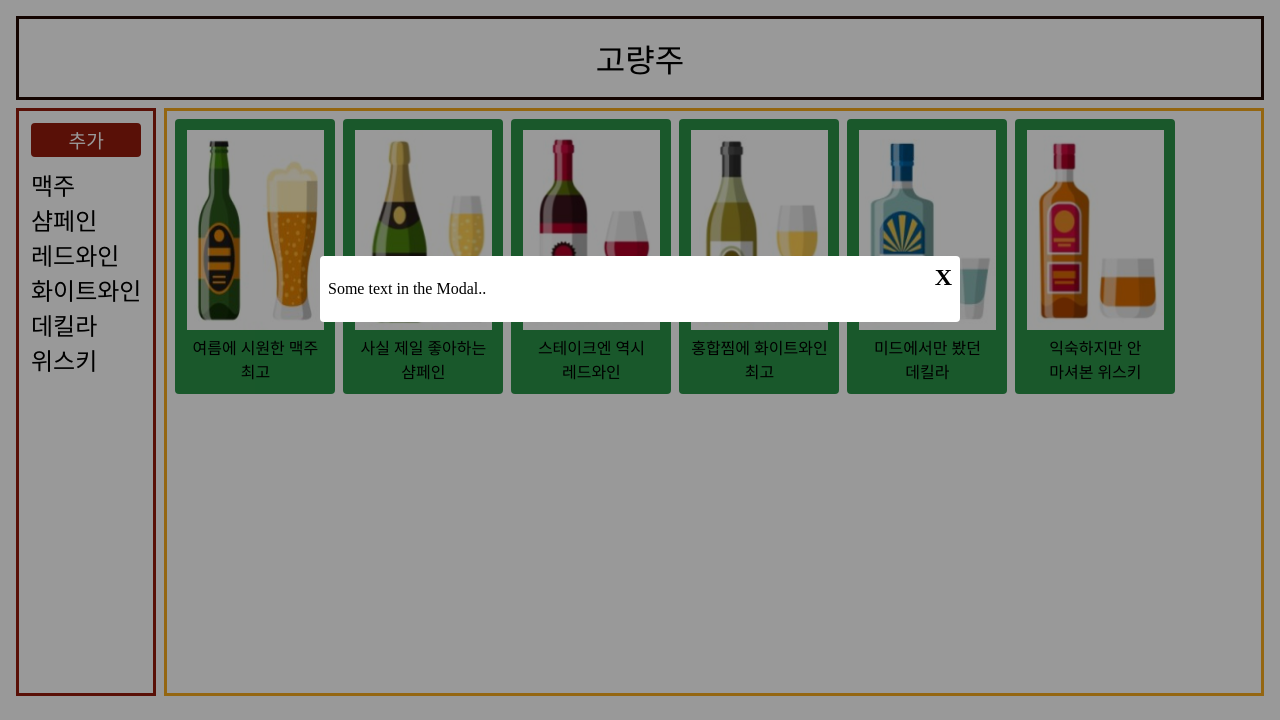
Repository: Jay-JYKim91/grj_2nd_week
Page: index.html
The author's editor kept a copy of each file at every save. The page is drawn from the files as they stood at one save, then again after the next save.
The browser window is 1280 px wide. The pictures show the whole page.
Some web fonts or font styles are not loaded; a fallback is used.

Above is the page before, as saved 2022-05-16 16:46:24.

### index.html
<!DOCTYPE html>
<html lang="en">
<head>
    <meta charset="UTF-8">
    <meta http-equiv="X-UA-Compatible" content="IE=edge">
    <meta name="viewport" content="width=device-width, initial-scale=1.0">
    <title>고량주 2주차</title>
    <link rel="stylesheet" href="./styles.css">
    <script src="./main.js" defer></script>
</head>
<body>
    <header>
        <span>고량주</span>
    </header>
    <main>
        <aside>
            <button id="openModalBtn">추가</button>
            <span>맥주</span>
            <span>샴페인</span>
            <span>레드와인</span>
            <span>화이트와인</span>
            <span>데킬라</span>
            <span>위스키</span>
        </aside>
        <section class="cards">
            <div class="card">
                <img src="./images/beer.png" alt="beer">
                <span>여름에 시원한 맥주 최고</span>
            </div>
            <div class="card">
                <img src="./images/champagne.png" alt="champagne">
                <span>사실 제일 좋아하는 샴페인</span>
            </div>
            <div class="card">
                <img src="./images/red_wine.png" alt="red_wine">
                <span>스테이크엔 역시 레드와인</span>
            </div>
            <div class="card">
                <img src="./images/white_wine.png" alt="white_wine">
                <span>홍합찜에 화이트와인 최고</span>
            </div>
            <div class="card">
                <img src="./images/tequila.png" alt="tequila">
                <span>미드에서만 봤던 데킬라</span>
            </div>
            <div class="card">
                <img src="./images/whiskey.png" alt="whiskey">
                <span>익숙하지만 안 마셔본 위스키</span>
            </div>
        </section>
    </main>

    <div id="addItemModal" class="modal">
        <form class="modal-content">
            <span class="close">X</span>
            <p>Some text in the Modal..</p>
        </form>
    </div>
</body>
</html>

### styles.css
@import url("https://fonts.googleapis.com/css2?family=Hahmlet:wght@400;500&display=swap");

* {
  box-sizing: border-box;
  font-family: "Hahmlet", serif;
}

html,
body {
  height: 100%;
  margin: 0;
}

body {
  padding: 1rem;
}

header {
  border: 3px solid #220901;
  padding: 0.5em;
  font-size: 2rem;
  text-align: center;
}

main {
  display: flex;
  margin: 0.5rem 0;
  gap: 0.5rem;
  height: calc(100% - 100px);
}

aside {
  display: flex;
  flex-direction: column;
  border: 3px solid #941b0c;
  padding: 0.5em;
  font-size: 1.5rem;
  min-width: max-content;
}

#openModalBtn {
  background-color: #941b0c;
  border-radius: 4px;
  border: 2px solid #941b0c;
  color: white;
  font-size: 1.2rem;
  margin-bottom: 0.5em;
}

#openModalBtn:hover {
  background-color: white;
  color: #941b0c;
  cursor: pointer;
}

.cards {
  display: flex;
  flex-wrap: wrap;
  border: 3px solid #f6aa1c;
  padding: 0.5em;
  gap: 0.5em;
  overflow-y: scroll;
  width: 100%;
}

.card {
  display: flex;
  flex-direction: column;
  background-color: #2b9348;
  padding: 0.7em;
  text-align: center;
  word-break: keep-all;
  height: fit-content;
  border-radius: 4px;
  width: 10rem;
}

.card img {
  height: 200px;
  margin-bottom: 0.3em;
}

@media only screen and (max-width: 600px) {
  .card {
    background-color: #ffff3f;
  }
}

@media only screen and (min-width: 601px) and (max-width: 768px) {
  .card {
    background-color: #d4d700;
  }
}

@media only screen and (min-width: 769px) and (max-width: 992px) {
  .card {
    background-color: #80b918;
  }
}

/* The Modal (background) */
.modal {
  /* display: none; Hidden by default */
  position: fixed; /* Stay in place */
  z-index: 1; /* Sit on top */
  left: 0;
  top: 0;
  width: 100%; /* Full width */
  height: 100%; /* Full height */
  overflow: auto; /* Enable scroll if needed */
  background-color: rgb(0, 0, 0); /* Fallback color */
  background-color: rgba(0, 0, 0, 0.4); /* Black w/ opacity */
}

/* Modal Content/Box */
.modal-content {
  background-color: white;
  margin: 20% auto; /* 15% from the top and centered */
  padding: 0.5em;
  border-radius: 4px;
  width: 50%; /* Could be more or less, depending on screen size */
}

/* The Close Button */
.close {
  color: black;
  float: right;
  font-size: 1.5rem;
  font-weight: bold;
}

.close:hover,
.close:focus {
  cursor: pointer;
}

Loaded but not shown: main.js (common file)

After the next save:
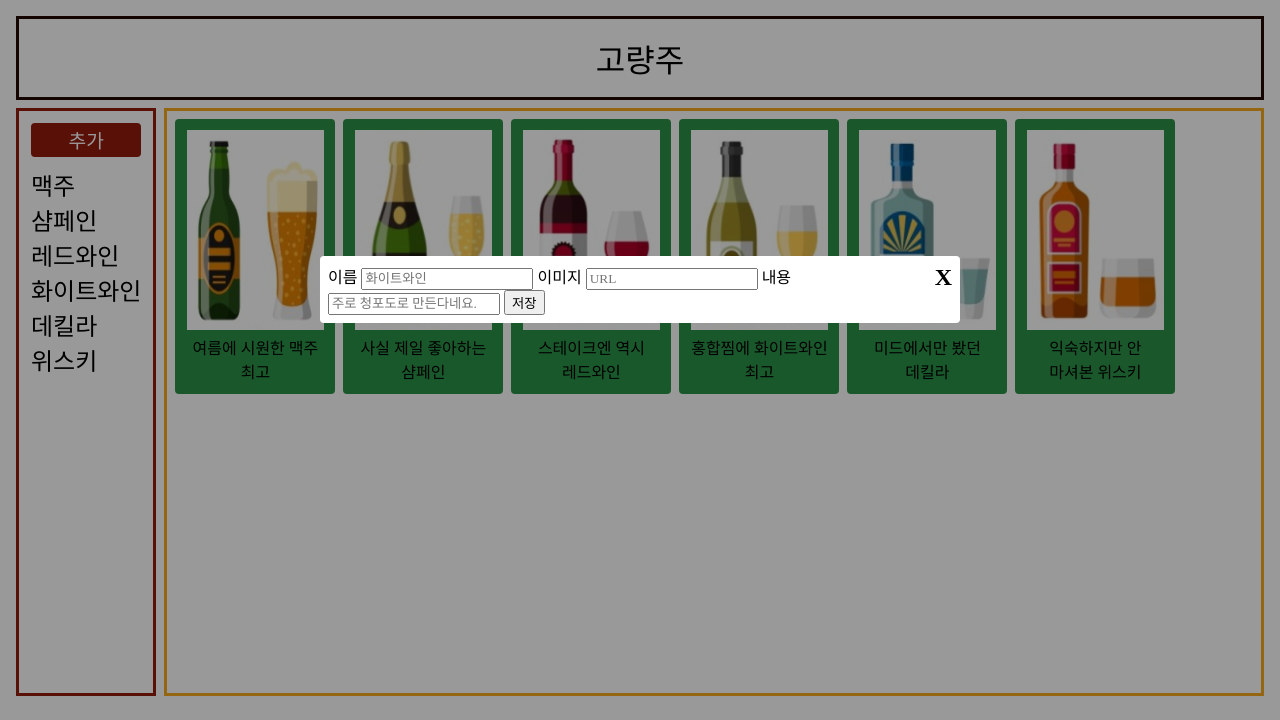
Saved 70 s later.
--- a/index.html
+++ b/index.html
@@ -53,7 +53,13 @@
     <div id="addItemModal" class="modal">
         <form class="modal-content">
             <span class="close">X</span>
-            <p>Some text in the Modal..</p>
+            <label for="name" class="label">이름</label>
+            <input id="name" type="text" placeholder="화이트와인" class="input" maxlength="10" required/>
+            <label for="image" class="label">이미지</label>
+            <input id="image" type="text" placeholder="URL" class="input" required />
+            <label for="content" class="label">내용</label>
+            <input id="content" type="text" placeholder="주로 청포도로 만든다네요." class="input" required />
+            <button type="submit" class="submit-button">저장</button>
         </form>
     </div>
 </body>
